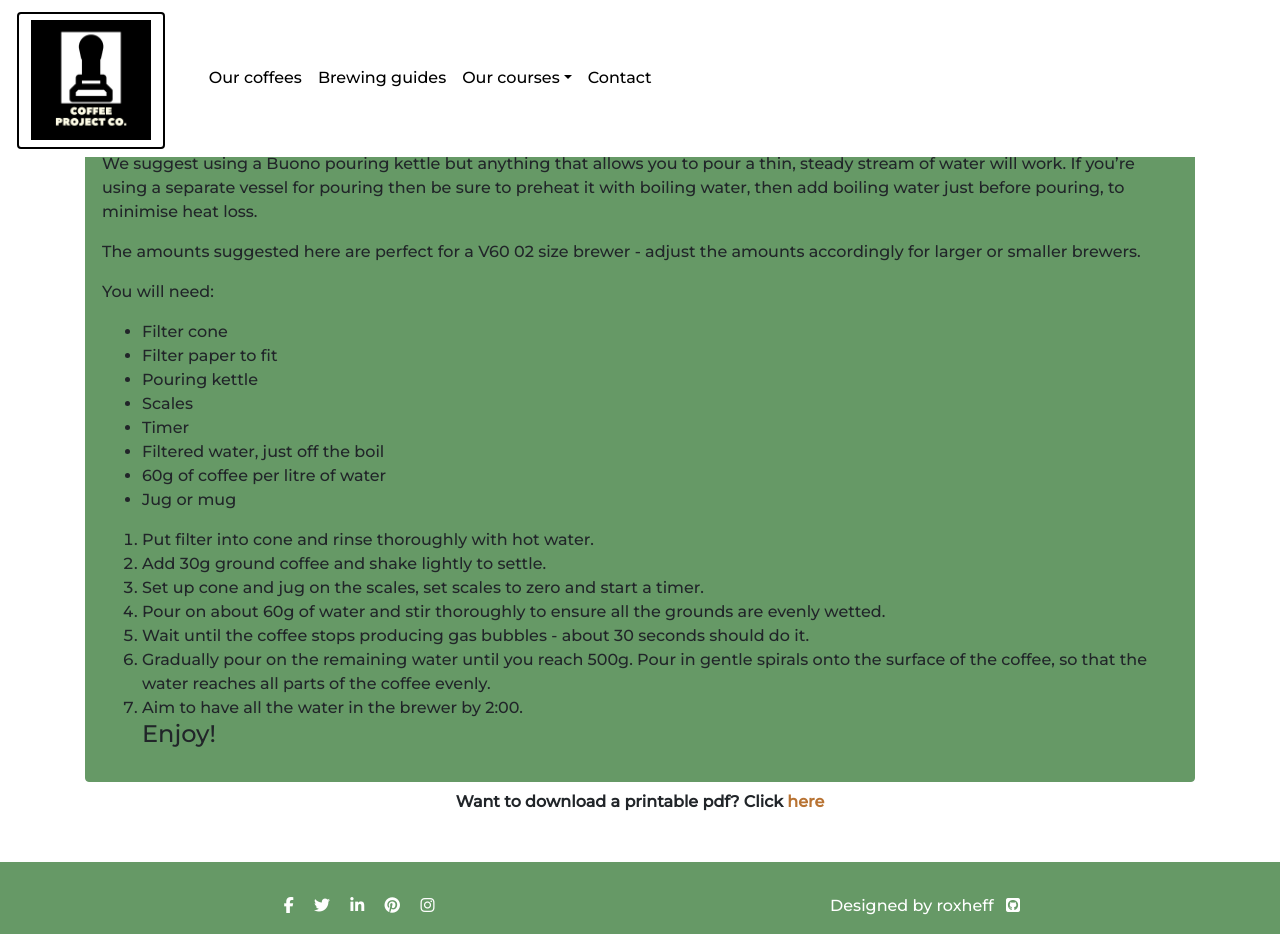
Repository: roxanahefferon/M1
Page: chemex.html
The author's editor kept a record of every edit. The page is drawn from the files as they stood at one moment, then again after the next edit.
The browser window is 1280 px wide. The pictures show the whole page.
Some web libraries are served in a nearby version.

Above is the page before.

### chemex.html
<!DOCTYPE html>
<html lang="en">

<head>
  <meta charset="UTF-8">
  <meta name="viewport" content="width=device-width, initial-scale=1.0">
  <meta http-equiv="X-UA-Compatible" content="ie=edge">
  <link rel="stylesheet" href="https://maxcdn.bootstrapcdn.com/bootstrap/4.0.0/css/bootstrap.min.css" integrity="sha384-Gn5384xqQ1aoWXA+058RXPxPg6fy4IWvTNh0E263XmFcJlSAwiGgFAW/dAiS6JXm" crossorigin="anonymous">
  <script src="https://kit.fontawesome.com/877201db70.js" crossorigin="anonymous"></script>
  <link rel="stylesheet" href="assets/css/style.css" type="text/css" />
  <title>Coffee Project Co.</title>
</head>

<body>

  <header>

    <! --- navbar --->

    <nav class="navbar navbar-expand-sm navbar-light fixed-top"> <a class="navbar-brand" href="index.html"> <img src="./assets/images/coffee-project-logo.png" width="120px" alt="bbb-logo"></a>
      <button class="navbar-toggler" type="button" data-toggle="collapse" data-target="#collapsibleNavbar">
    <span class="navbar-toggler-icon"></span>
  </button>
      <div class="collapse navbar-collapse " id="collapsibleNavbar">
        <ul class="navbar-nav">
          <li class="nav-item">
            <a class="nav-link" href="coffees.html">Our coffees</a>
          </li>
          <li class="nav-item">
            <a class="nav-link" href="brewing.html">Brewing guides</a>
          </li>
          <li class="nav-item dropdown">
            <a class="nav-link dropdown-toggle" href="#" id="navbardrop" data-toggle="dropdown">Our courses</a>
            <div class="dropdown-menu">
              <a class="dropdown-item" href="intro.html">Intro to coffee</a>
              <a class="dropdown-item" href="barista-sca.html">Barista SCA</a>
              <a class="dropdown-item" href="brewing-sca.html">Brewing SCA</a>
            </div>
          </li>
          <li class="nav-item">
            <a class="nav-link" href="contact.html">Contact</a>
          </li>
        </ul>
      </div>
    </nav>


  </header>


  <div class="container">
    <div class="brewing-container">
      <div class="row">
        <div class="col">
          <h2>V60 | Chemex | Kalita</h2>
          <hr>
          <p>There are subtle differences between the different brands of pour-over brewer, but they all follow the same principles and all produce delicate, refined brews.</p>
          <p>We suggest using a Buono pouring kettle but anything that allows you to pour a thin, steady stream of water will work. If you’re using a separate vessel for pouring then be sure to preheat it with boiling water, then add boiling water just before
            pouring, to minimise heat loss.</p>
          <p>The amounts suggested here are perfect for a V60 02 size brewer - adjust the amounts accordingly for larger or smaller brewers.</p>
          <p>You will need:</p>

          <ul>
            <li>Filter cone</li>
            <li>Filter paper to fit</li>
            <li>Pouring kettle</li>
            <li>Scales</li>
            <li>Timer</li>
            <li>Filtered water, just off the boil</li>
            <li>60g of coffee per litre of water</li>
            <li>Jug or mug</li>
          </ul>

          <ol>
            <li>Put filter into cone and rinse thoroughly with hot water.</li>
            <li>Add 30g ground coffee and shake lightly to settle. </li>
            <li>Set up cone and jug on the scales, set scales to zero and start a timer.</li>
            <li>Pour on about 60g of water and stir thoroughly to ensure all the grounds are evenly wetted.</li>
            <li>Wait until the coffee stops producing gas bubbles - about 30 seconds should do it. </li>
            <li>Gradually pour on the remaining water until you reach 500g. Pour in gentle spirals onto the surface of the coffee, so that the water reaches all parts of the coffee evenly.</li>
            <li>Aim to have all the water in the brewer by 2:00.</li>

            <h4>Enjoy!</h4>

        </div>
      </div>
    </div>
  </div>

  <div class="container">
    <div class="row">
      <div class="col">
        <p class="brewing-download">Want to download a printable pdf? Click <a href="./assets/images/V60-Chemex-Brew-Guide.pdf" target="_blank">here</a></p>
      </div>
    </div>
  </div>

<! --- footer --->

    <footer>
      <div class="footer">

        <div class="container">
          <div class="row">

            <div class="col-6 media d-inline-flex justify-content-center">
              <ul class="list-inline">
                <li class="list-inline-item">
                  <a href="https://www.facebook.com/" target="_blank">
<i class="fab fa-facebook-f" aria-hidden="true"></i>
<span class="sr-only">Facebook</span>
</a>
                </li>
                <li class="list-inline-item">
                  <a href="https://twitter.com/" target="_blank">
<i class="fab fa-twitter" aria-hidden="true"></i>
<span class="sr-only">Twitter</span></a>
                </li>
                <li class="list-inline-item">
                  <a href="https://www.linkedin.com" target="_blank">
<i class="fab fa-linkedin-in" aria-hidden="true"></i>
<span class="sr-only">LinkedIn</span>
</a>
                </li>
                <li class="list-inline-item">
                  <a href="https://www.pinterest.com/" target="_blank">
<i class="fab fa-pinterest" aria-hidden="true"></i>
<span class="sr-only">Pinterest</span>
</a>
                </li>
                <li class="list-inline-item">
                  <a href="https://www.instagram.com/" target="_blank">
<i class="fab fa-instagram" aria-hidden="true"></i>
<span class="sr-only">Instagram</span>
</a>
                </li>

              </ul>
            </div>
            <div class="col-6 my-info d-inline-flex justify-content-center">
              <p>Designed by roxheff <a href="https://github.com/roxanahefferon" target="_blank"><i class="fab fa-github-square aria-hidden="true""></i></p></a>
            </div>
          </div>
        </div>

      </div>
      </div>


      </div>
    </footer>

  <script src="https://code.jquery.com/jquery-3.2.1.slim.min.js" integrity="sha384-KJ3o2DKtIkvYIK3UENzmM7KCkRr/rE9/Qpg6aAZGJwFDMVNA/GpGFF93hXpG5KkN" crossorigin="anonymous"></script>
  <script src="https://cdnjs.cloudflare.com/ajax/libs/popper.js/1.12.9/umd/popper.min.js" integrity="sha384-ApNbgh9B+Y1QKtv3Rn7W3mgPxhU9K/ScQsAP7hUibX39j7fakFPskvXusvfa0b4Q" crossorigin="anonymous"></script>
  <script src="https://maxcdn.bootstrapcdn.com/bootstrap/4.0.0/js/bootstrap.min.js" integrity="sha384-JZR6Spejh4U02d8jOt6vLEHfe/JQGiRRSQQxSfFWpi1MquVdAyjUar5+76PVCmYl" crossorigin="anonymous"></script>
</body>

</html>

### assets/css/style.css
@import url('https://fonts.googleapis.com/css?family=Lato|Montserrat:500&display=swap');

body {
    margin: 0;
    padding: 0;
    font-family: "Montserrat", sans-serif;
}

/* --- all pages --- */

.main-container {
    margin-top: 180px;
}

.section-divider {
    background-color: #b87333;
    margin: 1.5rem;
}

.uppercase {
    text-transform: uppercase;
}

/* --- buttons --- */

.my-button {
    background-color: #ffffff;
    color: #4a4a4f;
}

.my-button:hover {
    background-color: #b87333;
    color: #ffffff;
}

.my-border {
    border: 2px solid #b87333;
}

/* --- headers --- */

.headers-landing {
    position: relative;
    text-align: center;
}

.ph-landing {
    position: absolute;
    top: 50%;
    left: 50%;
    transform: translate(-50%, -50%);
    border: 5px solid;
    border-radius: 0.25rem;
    padding: 0.4rem;
    color: #ffffff;
    text-transform: uppercase;
    font-weight: bold;
    font-size: 1rem;
}

/* --- all forms --- */

.form-heading {
    color: #4a4a4f;
    font-family: "Lato", sans-serif;
    font-weight: lighter;
    margin-bottom: 2rem;
}

input[type=text],
input[type=email],
.form-control {
    color: #495057;
    border: 2px solid #b87333;
    border-radius: 0.25rem;
    width: 100%;
    margin-bottom: 0.25rem;
}

/* --- navbar --- */

.navbar-brand {
    margin-left: 0.05rem;
    margin-top: 0.25rem;
    border: solid 2px;
    border-color: #000000;
    border-radius: 0.25rem;
    padding: .40rem .75rem;
}

.navbar-light {
    background-color: #ffffff;
}

.navbar fixed-top {
    position: fixed !important;
}

.navbar-brand:hover {
    border-color: #b87333;
}

.navbar .navbar-toggler {
    border: solid 2px;
    border-color: #000000;
}

.navbar .navbar-toggler:hover {
    border-color: #b87333;
}

.dropdown a {
    font-weight: 500;
}

.navbar-nav a {
    font-weight: 500;
}

.dropdown-menu {
    border: solid 2px;
    color: #669966;
}

.dropdown-menu:hover {
    color: #b87333;
}

.navbar-collapse {
    margin-left: 20px;
}

.nav-item a {
    color: #000000;
}

.navbar-light .navbar-nav .nav-link {
    color: #000000;
}

.bgblack {
    background-color: #000000;
    padding: 0;
}

/* --- jumbotron hero image --- */

.jumbotron {
    background-image: url("https://i.imgur.com/ysdDc1S.png");
    background-position: center;
    background-repeat: no-repeat;
    background-size: cover;
    position: relative;
    margin-bottom: 0.5rem;
}

.jumbotron h1,
.jumbotron p {
    color: #fafafa;
    text-align: center;
}

.badge-light {
    background-color: #b87333;
    border: none;
    color: #ffffff;
    font-weight: lighter;
    margin-left: 0.25rem;
}

.badge-light:hover {
    background-color: #4a4a4f;
    border: none;
    color: #000000;
    font-weight: inherit;
    font-size: 1rem;
}

.quote-landing {
    color: #b87333;
    text-align: center;
    font-family: "Lora", sans-serif;
    font-weight: 500;
    font-size: 1.2rem;
    margin-top: 1rem;
    padding: 5px;
    border: 2px solid;
    border-color: #b87333;
    border-radius: 0.3rem;
}

.quote {
    margin-top: 1rem;
    margin-bottom: 1rem;
}

/* --- about us --- */

.about {
    color: #fafafa;
    font-weight: lighter;
    margin-bottom: 0.5rem;
    padding: 0.5rem 0;
    border-radius: 0.25rem;
}

.about p {
    margin: 1rem;
    text-align: center;
}

/* --- our-coffees-landing --- */

.our-coffees-landing {
    margin-top: 2rem;
}

.our-coffees-img {
    padding: 0;
}

/* --- landing cards ---*/

.cards-beans {
    margin-top: 2rem;
    padding-bottom: 2rem;
}

.card-deck {
    margin: auto;
    padding: 0;
}

.card-header {
    background-color: #ffffff;
    color: #b87333;
    text-align: center;
}

.card-body {
    background-color: #ffffff;
}

.card-text {
    color: #4a4a4f;
}



/* --- landing sca courses --- */

.sca-section {
    margin-top: 20px;
}

.sca-img {
    padding: 0;
    border: 2px solid;
    border-radius: 0.25rem;
}

/* --- brewing.html --- */

.brew-cards {
    background-color: #ffffff;
    border: 2px solid #b87333;
    border-radius: 0.25rem;
}

.brew-cards:hover {
    background-color: #ffffff;
    border: 2px solid #669966;
}

.brew-cards a {
    color: #000000;
    text-decoration: none;
    background-color: #ffffff;
}

.brew-cards a:hover {
    font-size: 20px;
    font-weight: bold;
    color: #669966;
}

/* --- intro.html --- */

.sca-content {
    margin: 2rem;
    border: 2px solid #669966;
    border-radius: 0.25rem;
    padding: 1rem;
}





/* --- footer --- */

.footer {
    background-color: #669966;
    color: #ffffff;
    font-size: 0.5rem;
    font-family: "Montserrat", sans-serif;
    margin-top: 2rem;
    padding-top: 2rem;
}

.fab {
    color: #ffffff;
    font-size: 10px;
    padding-left: 0.5rem;
}

.fab:hover {
    font-size: x-large;
}

/* --- brewing guides (all .htmls) --- */

.brewing-container {
    padding: 1rem;
    background-color: #669966;
    border: 1px solid #669966;
    border-radius: 0.25rem;
}

.brewing-container h2 {
    font-family: "Lato", sans-serif;
}

.brewing-download {
    padding-top: 0.5rem;
    font-weight: bold;
    text-align: center;
}

.brewing-download a {
    text-decoration: none;
    color: #b87333;
}

/* --- media queries --- */

@media (min-width: 768px) {
    .quote-landing {
        font-size: 2.5rem;
    }
}

@media (min-width: 768px) {
    .our-coffee-img {
        height: 180px;
    }
    .footer {
        font-size: 1rem;
    }
    .fab {
        font-size: 16px;
    }
    .ph-landing {
        font-size: 2rem;
    }
}

After the next edit:
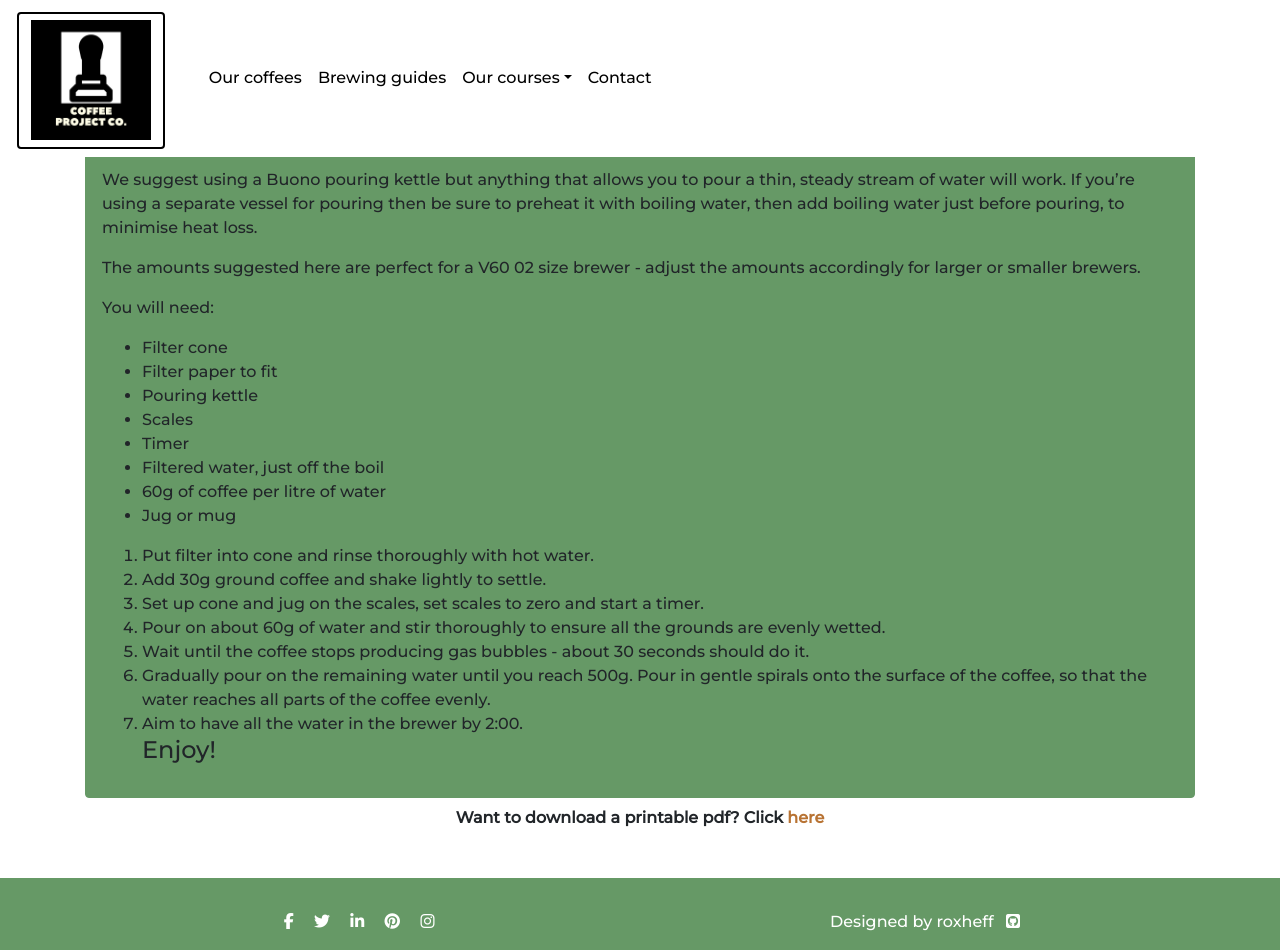
The edit:
--- a/chemex.html
+++ b/chemex.html
@@ -53,7 +53,7 @@
       <div class="row">
         <div class="col">
           <h2>V60 | Chemex | Kalita</h2>
-          <hr>
+          <hr class="section-divider">
           <p>There are subtle differences between the different brands of pour-over brewer, but they all follow the same principles and all produce delicate, refined brews.</p>
           <p>We suggest using a Buono pouring kettle but anything that allows you to pour a thin, steady stream of water will work. If you’re using a separate vessel for pouring then be sure to preheat it with boiling water, then add boiling water just before
             pouring, to minimise heat loss.</p>
